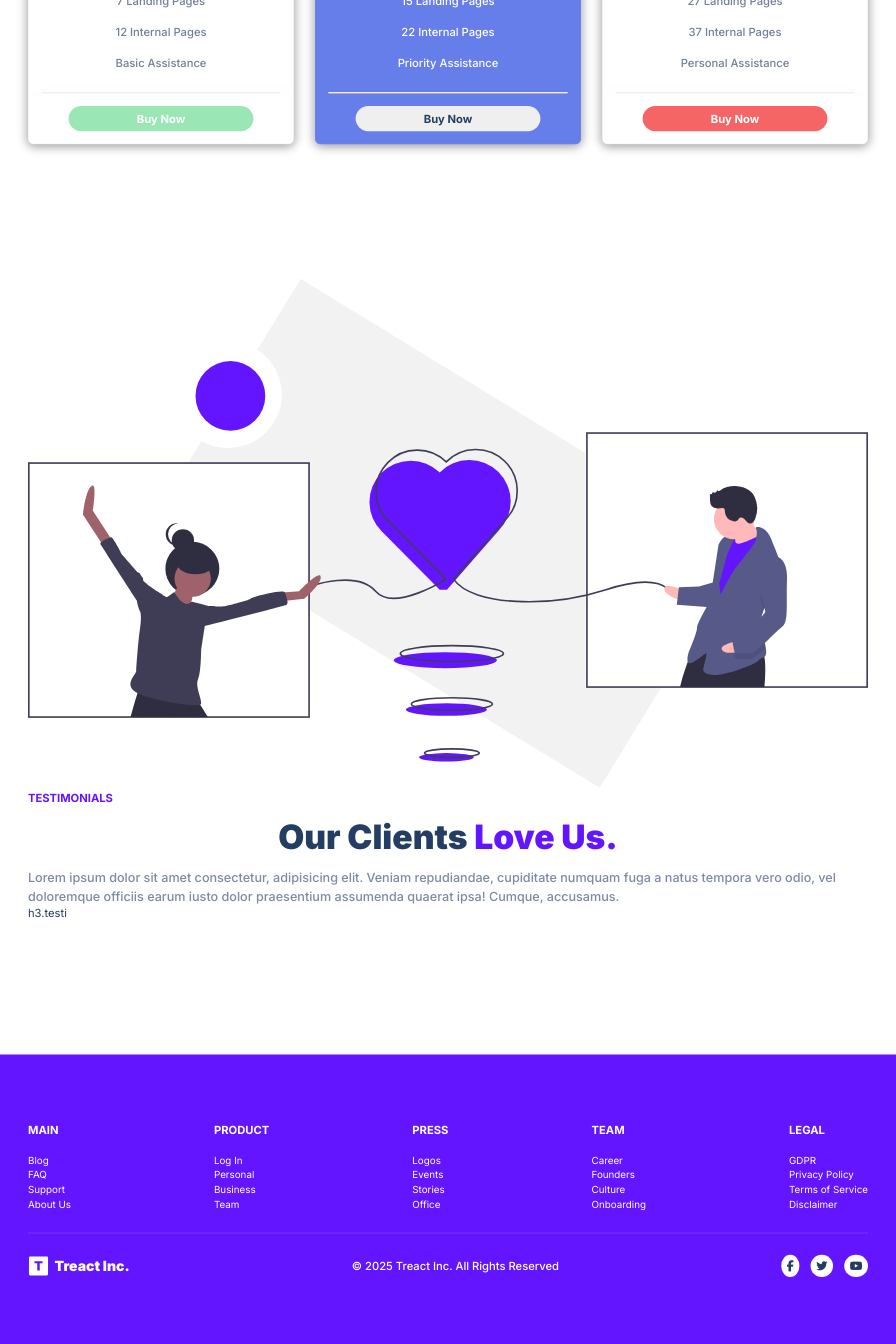
Repository: avivanguyen/m2_fianlProject
Page: index.html
These files come from the project's save history. The page is drawn as it stood at one moment and after the next save; the edit follows.
The browser window is 1280 px wide. The pictures show the part of the page from y = 4279 to 6199 px (the page is 6199 px tall before and 6179 px after), at 70% of full size.
Some web libraries are served in a nearby version.

Above is the page before, as saved 2025-12-11 11:18:49.

### index.html
<!DOCTYPE html>
<html lang="en">
<head>
    <meta charset="UTF-8">
    <meta name="viewport" content="width=device-width, initial-scale=1.0">
    <title>Styling Project</title>
    <link rel="stylesheet" href="styles.css">
    <script src="https://kit.fontawesome.com/2588cf0bac.js" crossorigin="anonymous"></script>
    <script src="index.js"></script>
</head>
<body>
    <section id="landing">
        <nav>
            <div class="row nav__row">
                <div class="nav__logo">
                    <img src="./assets/logo.2c489fc453a1783cbadacf914efa3df6.svg" alt="logo" class="nav__logo--img">
                    <div class="nav__logo--title">
                        Treact
                    </div>
                </div>
                <div class="nav__links">
                    <a href="" class="nav__link">About</a>
                    <a href="" class="nav__link">Blog</a>
                    <a href="" class="nav__link">Pricing</a>
                    <a href="" class="nav__link">Contact Us</a>
                    <a href="" class="nav__link login">Login</a>
                    <a href="" class="nav__link nav__link--primary">Sign Up</a>
                </div>
                <button class="btn__menu" onclick="openMenu()">
                    <i class="fa-solid fa-bars"></i>
                </button>
                <div class="menu__backdrop">
                    <button class="btn__menu btn__menu--close" onclick="closeMenu()">
                            <i class="fa-solid fa-x"></i>
                        </button>
                    <ul class="menu__links">
                        <li class="menu__list"><a href="" class="menu__link"></a>About</li>
                        <li class="menu__list"><a href="" class="menu__link"></a>Blog</li>
                        <li class="menu__list"><a href="" class="menu__link"></a>Pricing</li>
                        <li class="menu__list"><a href="" class="menu__link"></a>Contact Us</li>
                        <li class="menu__list"><a href="" class="menu__link"></a>Login</li>
                        <li class="menu__list nav__link--primary"><a href="" class="menu__link"></a>Sign Up</li>
                    </ul>
                </div>
            </div>
        </nav>

        <header class="container">
            <div class="row">
                <div class="header__description">
                    <h1>
                        Beautiful React Templates <span class="purple">for you.</span>
                    </h1>
                    <div class="header__description--para">
                        Our templates are easy to setup, understand and customize. Fully modular components with a variety of pages and components.
                    </div>
                    <div class="header__email">
                        <input type="text" class="header__email--input" placeholder="Your E-mail Address">
                        <button class="header__email--btn">Get Started</button>
                    </div>
                    <p class="header__customers--title">OUR TRUSTED CUSTOMERS</p>
                    <img src="./assets/customers-logo-strip.680ac7c2e8ae28161d2c.png" class="header__customers" alt="logos">
                </div>

                <figure class="header__img--wrapper">
                    <img src="./assets/design-illustration-2.6da6a00b20c07c4a9b65d1870679e1b8.svg" alt="hero image" class="header__img">
                </figure>
            </div>
        </header>
    </section>

    <main>
        <section id="features">
            <div class="container">
                <div class="row">
                    <h4 class="section__tag">FEATURES</h4>
                    <h2 class="section__title">
                        We Have Amazing <span class="purple">Service.</span>
                    </h2>
                    <div class="section__para">
                        Lorem ipsum dolor sit amet consectetur adipisicing elit. Maxime facilis assumenda architecto aliquam. Consequatur vero dolorum ut aspernatur quae beatae voluptates quam, nulla assumenda doloremque voluptatum laboriosam dolor unde rem.
                    </div>
                    <div class="features">
                        <div class="feature__row">
                            <figure class="feature__img--wrapper">
                                <img src="./assets/shield-icon.daefe14b320b14fbd9cbd18908ac93ec.svg" alt="" class="feature__img">
                            </figure>
                            <div class="feature__text">
                                <h2 class="feature__title">Secure</h2>
                                <p class="feature__para">
                                    Lorem ipsum dolor sit amet consectetur adipisicing elit. Ea veritatis delectus nihil maxime ipsam hic odio reprehenderit error.
                                </p>
                            </div>
                        </div>
                        <div class="feature__row">
                            <figure class="feature__img--wrapper">
                                <img src="./assets/support-icon.f9253ffa8cb6ffde5bbaa05eb5136375.svg" alt="" class="feature__img">
                            </figure>
                            <div class="feature__text">
                                <h2 class="feature__title">24/7 Support</h2>
                                <p class="feature__para">
                                    Lorem ipsum dolor sit amet consectetur adipisicing elit. Ea veritatis delectus nihil maxime ipsam hic odio reprehenderit error.
                                </p>
                            </div>
                        </div>
                        <div class="feature__row">
                            <figure class="feature__img--wrapper">
                                <img src="./assets/customize-icon.367468c90fd796009b97fbfba67b2c6a.svg" alt="" class="feature__img">
                            </figure>
                            <div class="feature__text">
                                <h2 class="feature__title">Customizable</h2>
                                <p class="feature__para">
                                    Lorem ipsum dolor sit amet consectetur adipisicing elit. Ea veritatis delectus nihil maxime ipsam hic odio reprehenderit error.
                                </p>
                            </div>
                        </div>
                        <div class="feature__row">
                            <figure class="feature__img--wrapper">
                                <img src="./assets/reliable-icon.1367510a8f0a1bec76dc425d25f92f43.svg" alt="" class="feature__img">
                            </figure>
                            <div class="feature__text">
                                <h2 class="feature__title">Reliable</h2>
                                <p class="feature__para">
                                    Lorem ipsum dolor sit amet consectetur adipisicing elit. Ea veritatis delectus nihil maxime ipsam hic odio reprehenderit error.
                                </p>
                            </div>
                        </div>
                        <div class="feature__row">
                            <figure class="feature__img--wrapper">
                                <img src="./assets/fast-icon.dbb971a73d4805d2fc3bcdacdb55beba.svg" alt="" class="feature__img">
                            </figure>
                            <div class="feature__text">
                                <h2 class="feature__title">Fast</h2>
                                <p class="feature__para">
                                    Lorem ipsum dolor sit amet consectetur adipisicing elit. Ea veritatis delectus nihil maxime ipsam hic odio reprehenderit error.
                                </p>
                            </div>
                        </div>
                        <div class="feature__row">
                            <figure class="feature__img--wrapper">
                                <img src="./assets/simple-icon.673b7e1750b2a4ef32907fc164828d00.svg" alt="" class="feature__img">
                            </figure>
                            <div class="feature__text">
                                <h2 class="feature__title">Easy</h2>
                                <p class="feature__para">
                                    Lorem ipsum dolor sit amet consectetur adipisicing elit. Ea veritatis delectus nihil maxime ipsam hic odio reprehenderit error.
                                </p>
                            </div>
                        </div>
                    </div>
                </div>
            </div>
        </section>

        <section id="quality">
            <div class="container">
                <div class="row">
                    <div class="quality__description">
                        <div class="section__tag">QUALITY WORK</div>
                        <h2 class="section__title">Designed & Developed by <span class="purple">Professionals.</span> </h2>
                        <p class="section__para">
                            Lorem ipsum dolor sit amet consectetur adipisicing elit. Quibusdam nihil dolorem temporibus accusantium nulla fuga natus! Eveniet assumenda, quia unde alias accusamus, placeat magni quasi, neque voluptas voluptatibus sint optio!
                        </p>
                        <button class="btn">Learn More</button>
                    </div>
                    <figure class="quality__img--wrapper">
                        <img src="./assets/hero-screenshot-1.40a097b525c2f8c9808e.png" class="quality__img" alt="">
                    </figure>
                </div>
            </div>
        </section>

        <section id="steps">
            <div class="container">
                <div class="row">
                    <figure class="steps__img--wrapper">
                        <img src="./assets/hero-screenshot-2.241aac1fbc66db29d873.png" class="steps__img" alt="">
                    </figure>
                    <div class="steps__description">
                        <div class="section__tag">STEPS</div>
                        <h2 class="section__title">Easy to <span class="purple">Get Started.</span> </h2>
                        <div class="steps__list">
                            <div class="step">
                                <div class="step__number">01</div>
                                <div class="step__description">
                                    <div class="step__title">Register</div>
                                    <div class="step__para">Create an account with us using Google or Facebook.</div>
                                </div>
                            </div>
                            <div class="step">
                                <div class="step__number">02</div>
                                <div class="step__description">
                                    <div class="step__title">Download</div>
                                    <div class="step__para">Browse and Download the template that you like from the marketplace.</div>
                                </div>
                            </div>
                            <div class="step">
                                <div class="step__number">03</div>
                                <div class="step__description">
                                    <div class="step__title">Run</div>
                                    <div class="step__para">Follow the instructions to setup and customize the template to your needs.</div>
                                </div>
                            </div>
                        </div>
                    </div>
                </div>
            </div>
        </section>

        <section id="values">
            <div class="container">
                <div class="row">
                    <div class="values__description">
                        <div class="section__tag">VALUES</div>
                        <h2 class="section__title">
                            We Always Abide by Our <span class="purple">Principles.</span>
                        </h2>
                        <div class="section__para">
                            Lorem ipsum, dolor sit amet consectetur adipisicing elit. Dicta quasi aspernatur voluptatem aliquid maxime totam voluptas odit, magni aperiam qui distinctio corporis eveniet, laborum a vero fuga. Impedit, quibusdam officiis?
                        </div>
                        <div class="values__list">
                            <div class="value">
                                <div class="value__title">
                                    <figure class="value__img--wrapper1">
                                        <i class="fa-solid fa-dollar-sign"></i>
                                    </figure>
                                    <div class="value__name">Affordable</div>
                                </div>
                                <div class="value__para">We promise to offer you the best rare we can - at par with the industry standard.</div>
                            </div>
                            <div class="value">
                                <div class="value__title">
                                    <figure class="value__img--wrapper2">
                                        <i class="fa-solid fa-suitcase"></i>
                                    </figure>
                                    <div class="value__name">Professionalism</div>
                                </div>
                                <div class="value__para">We assure you that our templates are designed and created by professional designers.</div>
                            </div>
                        </div>
                        <button class="btn">Learn More</button>
                    </div>
                    <img src="./assets/prototype-illustration.21bc4b3f612a2f257c3d361067582485.svg" class="values__img" alt="">
                </div>
            </div>
        </section>

        <section id="pricing">
            <div class="container">
                <div class="row">
                    <div class="section__tag">Pricing</div>
                    <h2 class="section__title">Reasonable & Flexible <span class="purple">Plans.</span></h2>
                    <div class="section__para">
                        Lorem ipsum dolor sit amet consectetur adipisicing elit. Et minus, quia libero eos ab velit placeat inventore ipsam explicabo. Sint quidem tenetur amet officiis harum animi iste quo delectus itaque?
                    </div>
                    <div class="plans">
                        <div class="plan">
                            <div class="plan__stripe"></div>
                            <div class="plan__top">
                                <div class="plan__name">PERSONAL</div>
                                <div class="plan__price">$17.99</div>
                                <div class="plan__duration">MONTHLY</div>
                            </div>
                            <div class="plan__middle">
                                <div class="plan__target">For Individuals</div>
                                <p class="plan__feature">30 Templates</p>
                                <p class="plan__feature">7 Landing Pages</p>
                                <p class="plan__feature">12 Internal Pages</p>
                                <p class="plan__feature">Basic Assistance</p>
                            </div>
                            <div class="plan__bottom">
                                <button class="plan__button">Buy Now</button>
                            </div>
                        </div>
                        <div class="plan">
                            <div class="plan__stripe"></div>
                            <div class="plan__top">
                                <div class="plan__name">BUSINESS</div>
                                <div class="plan__price">$37.99</div>
                                <div class="plan__duration">MONTHLY</div>
                            </div>
                            <div class="plan__middle">
                                <div class="plan__target">For Small Businesses</div>
                                <p class="plan__feature">60 Templates</p>
                                <p class="plan__feature">15 Landing Pages</p>
                                <p class="plan__feature">22 Internal Pages</p>
                                <p class="plan__feature">Priority Assistance</p>
                            </div>
                            <div class="plan__bottom">
                                <button class="plan__button">Buy Now</button>
                            </div>
                        </div>
                        <div class="plan">
                            <div class="plan__stripe"></div>
                            <div class="plan__top">
                                <div class="plan__name">ENTERPRISE</div>
                                <div class="plan__price">$57.99</div>
                                <div class="plan__duration">MONTHLY</div>
                            </div>
                            <div class="plan__middle">
                                <div class="plan__target">For Large Companies</div>
                                <p class="plan__feature">90 Templates</p>
                                <p class="plan__feature">27 Landing Pages</p>
                                <p class="plan__feature">37 Internal Pages</p>
                                <p class="plan__feature">Personal Assistance</p>
                            </div>
                            <div class="plan__bottom">
                                <button class="plan__button">Buy Now</button>
                            </div>
                        </div>
                    </div>
                </div>
            </div>
        </section>

        <section id="testimonials">
            <div class="container">
                <div class="row">
                    <figure>
                        <img src="./assets/love-illustration.c759090fa833369ad6ffb6eb19cacb3e.svg" class="testimonials__img" alt="">
                    </figure>
                    <div class="testimonials__description">
                        <div class="section__tag">TESTIMONIALS</div>
                        <div class="section__title">Our Clients <span class="purple">Love Us.</span></div>
                        <div class="section__para">Lorem ipsum dolor sit amet consectetur, adipisicing elit. Veniam repudiandae, cupiditate numquam fuga a natus tempora vero odio, vel doloremque officiis earum iusto dolor praesentium assumenda quaerat ipsa! Cumque, accusamus.</div>
                        <div class="testimonial">
                            <div class="testimonial__rating"></div>
                            h3.testi
                        </div>
                    </div>
                </div>
            </div>
        </section>
    </main>

    <footer>
        <div class="row footer__row">
            <div class="footer__columns">
                <div class="footer__column">
                    <div class="footer__column--title">MAIN</div>
                    <a href="" class="footer__column--link">Blog</a>
                    <a href="" class="footer__column--link">FAQ</a>
                    <a href="" class="footer__column--link">Support</a>
                    <a href="" class="footer__column--link">About Us</a>
                </div>
                <div class="footer__column">
                    <div class="footer__column--title">PRODUCT</div>
                    <a href="" class="footer__column--link">Log In</a>
                    <a href="" class="footer__column--link">Personal</a>
                    <a href="" class="footer__column--link">Business</a>
                    <a href="" class="footer__column--link">Team</a>
                </div>
                <div class="footer__column">
                    <div class="footer__column--title">PRESS</div>
                    <a href="" class="footer__column--link">Logos</a>
                    <a href="" class="footer__column--link">Events</a>
                    <a href="" class="footer__column--link">Stories</a>
                    <a href="" class="footer__column--link">Office</a>
                </div>
                <div class="footer__column">
                    <div class="footer__column--title">TEAM</div>
                    <a href="" class="footer__column--link">Career</a>
                    <a href="" class="footer__column--link">Founders</a>
                    <a href="" class="footer__column--link">Culture</a>
                    <a href="" class="footer__column--link">Onboarding</a>
                </div>
                <div class="footer__column">
                    <div class="footer__column--title">LEGAL</div>
                    <a href="" class="footer__column--link">GDPR</a>
                    <a href="" class="footer__column--link">Privacy Policy</a>
                    <a href="" class="footer__column--link">Terms of Service</a>
                    <a href="" class="footer__column--link">Disclaimer</a>
                </div>
            </div>
            <div class="footer__divider"></div>
            <div class="footer__bottom">
                <a href="#" class="footer__logo">
                    <img src="./assets/logo-light.d9a5d1b5be5ea077b26864fdfc2e96a4.svg" class="footer__logo--img" alt="">
                    <h5 class="footer__logo--text">Treact Inc.</h5>
                </a>
                <div class="footer__copyright">© 2025 Treact Inc. All Rights Reserved</div>
                <div class="footer__socials">
                    <a href="" class="footer__social--link" alt="Facebook icon"><i class="fa-brands fa-facebook-f"></i></a>
                    <a href="" class="footer__social--link" alt="Twitter icon"><i class="fa-brands fa-twitter"></i></a>
                    <a href="" class="footer__social--link" alt="Youtube icon"><i class="fa-brands fa-youtube"></i></a>
                </div>
            </div>
        </div>
    </footer>
</body>
</html>

Loaded but not shown: index.js (7 lines, source omitted); styles.css (1151 lines, source omitted)

After the next save:
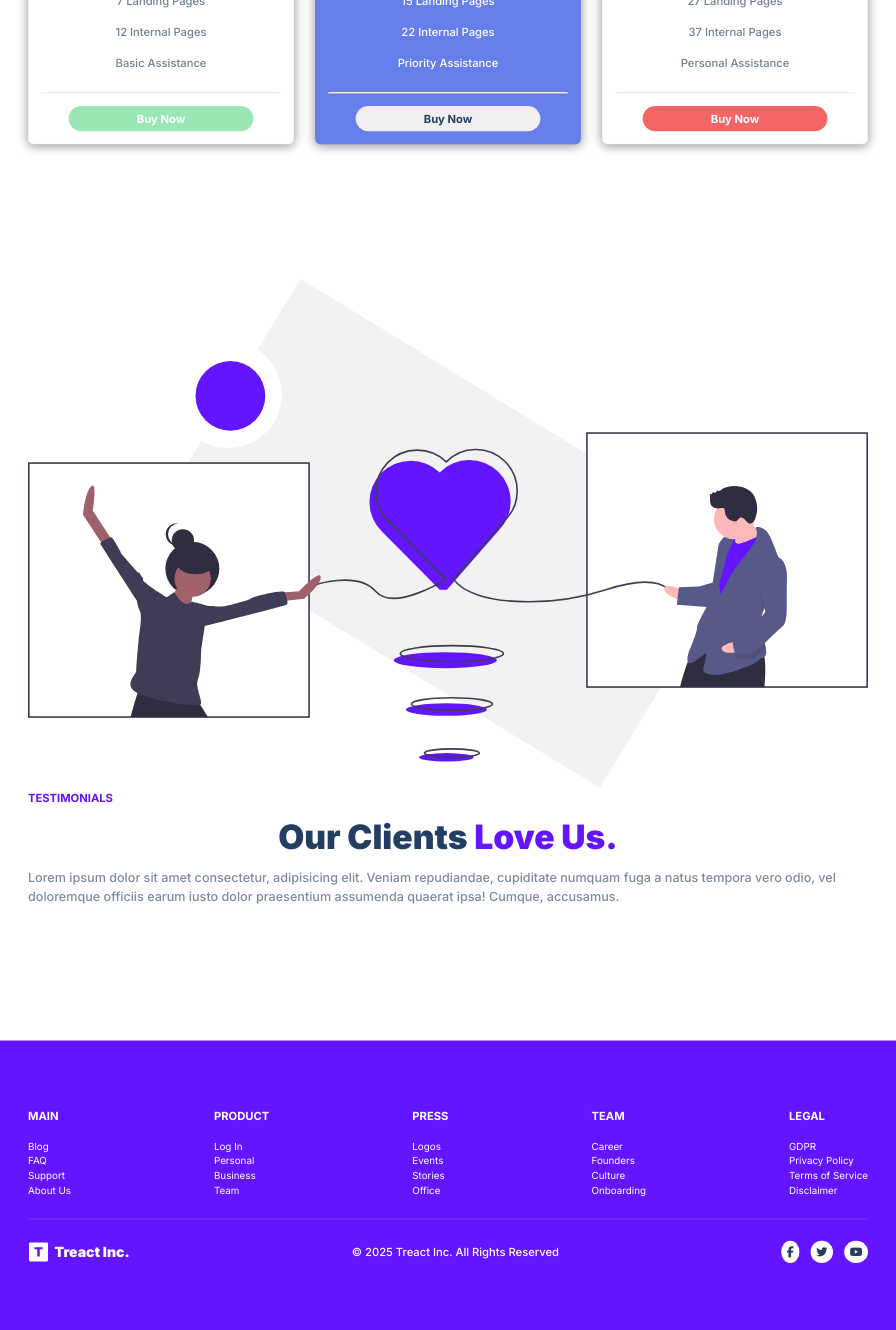
Saved 5 s later.
--- a/index.html
+++ b/index.html
@@ -325,7 +325,7 @@
                         <div class="section__para">Lorem ipsum dolor sit amet consectetur, adipisicing elit. Veniam repudiandae, cupiditate numquam fuga a natus tempora vero odio, vel doloremque officiis earum iusto dolor praesentium assumenda quaerat ipsa! Cumque, accusamus.</div>
                         <div class="testimonial">
                             <div class="testimonial__rating"></div>
-                            h3.testi
+                            <h3 class="testimonial__title"></h3>
                         </div>
                     </div>
                 </div>
